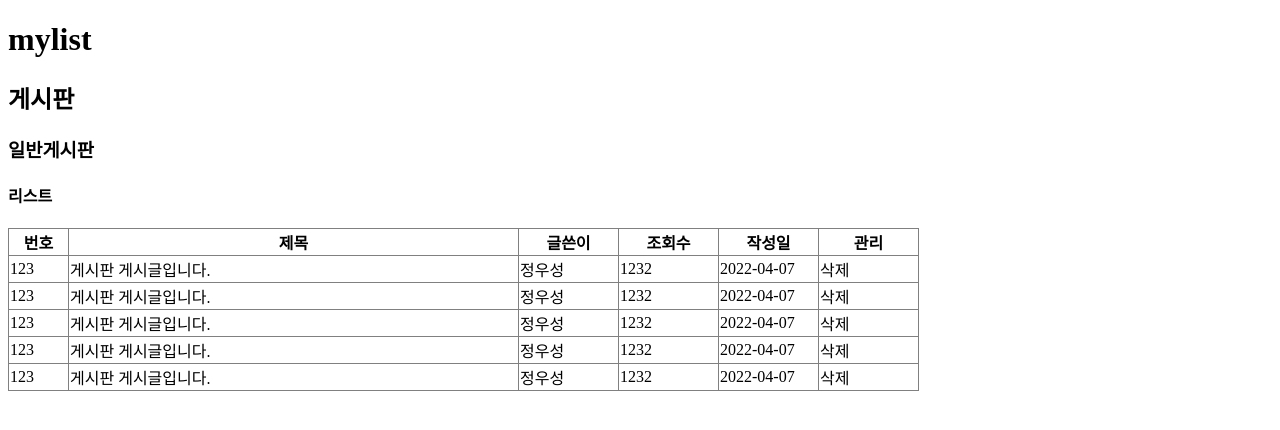
Repository: jeemaru/htme_01
Page: css_02/ex_04.html
These files come from the project's save history. The page is drawn as it stood at one moment and after the next save; the edit follows.
The browser window is 1280 px wide. The pictures show the whole page.

Above is the page before, as saved 2022-04-07 03:18:01.

### css_02/ex_04.html
<!DOCTYPE html>

<html lang="ko"> <!-- 한국어문서만 검색할때, 음성으로 할때 한국어 음성지원 -->
    <head>
        <meta charset="UTF-8"> <!-- 브라우저가 문서를 해석할때 필요한 정보 -->
        <title>스타일시트</title>
        <!-- 스타일시트자리 -->
    	<style>
    		table, th, td {border: 1px solid #808080;
    					   border-collapse: collapse;}

    	</style>
    </head>


    <body>
		<h1>mylist</h1>
		<h2>게시판</h2>
		<h3>일반게시판</h3>
		<h4>리스트</h4>

		<table>
			<colgroup>
				<col style="width: 60px;">
				<col style="width: 450px;">
				<col style="width: 100px;">
				<col style="width: 100px;">
				<col style="width: 100px;">
				<col style="width: 100px;">
			</colgroup>

			<thead>
				<tr>
					<th>번호</th>
					<th>제목</th>
					<th>글쓴이</th>
					<th>조회수</th>
					<th>작성일</th>
					<th>관리</th>
				</tr>
			</thead>
			<tbody>
				<tr>
					<td>123</td>
					<td>게시판 게시글입니다.</td>
					<td>정우성</td>
					<td>1232</td>
					<td>2022-04-07</td>
					<td>삭제</td>
				</tr>
				<tr>
					<td>123</td>
					<td>게시판 게시글입니다.</td>
					<td>정우성</td>
					<td>1232</td>
					<td>2022-04-07</td>
					<td>삭제</td>
				</tr>
				<tr>
					<td>123</td>
					<td>게시판 게시글입니다.</td>
					<td>정우성</td>
					<td>1232</td>
					<td>2022-04-07</td>
					<td>삭제</td>
				</tr>
				<tr>
					<td>123</td>
					<td>게시판 게시글입니다.</td>
					<td>정우성</td>
					<td>1232</td>
					<td>2022-04-07</td>
					<td>삭제</td>
				</tr>
				<tr>
					<td>123</td>
					<td>게시판 게시글입니다.</td>
					<td>정우성</td>
					<td>1232</td>
					<td>2022-04-07</td>
					<td>삭제</td>
				</tr>
			</tbody>
		</table>


    </body>

</html>

After the next save:
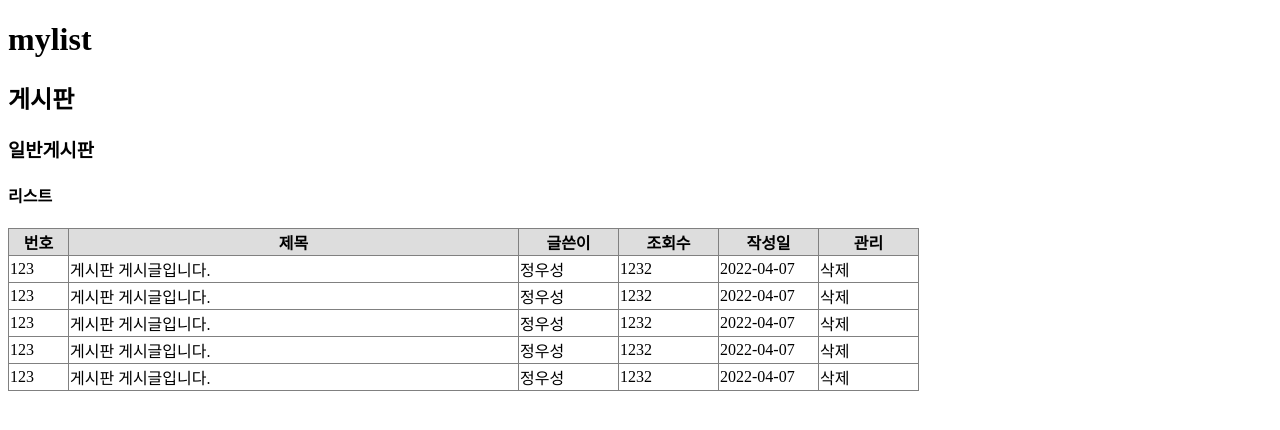
Saved 31 s later.
--- a/css_02/ex_04.html
+++ b/css_02/ex_04.html
@@ -8,6 +8,7 @@
     	<style>
     		table, th, td {border: 1px solid #808080;
     					   border-collapse: collapse;}
+    		th {background-color: #dddddd;}
 
     	</style>
     </head>
